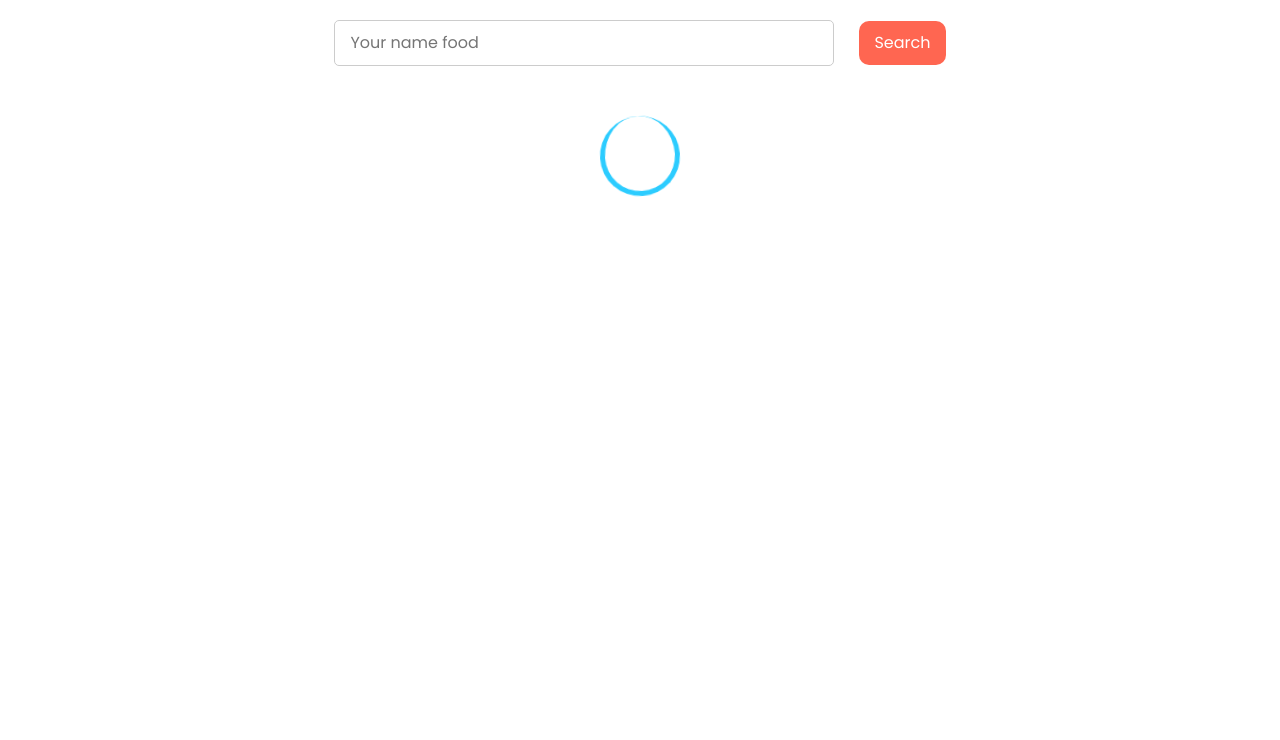
Repository: hoang0508/ReactJsDevWork
Page: /
These files come from the project's save history. The page is drawn as it stood at one moment and after the next save; the edit follows.
The browser window is 1280 px wide. The pictures show the whole page.
The page's requests for data from a server got no answer. The project was rebuilt for these pictures with package versions that can differ from the ones it lists, and the page was loaded fresh each time. No one was signed in, and anything a server would have sent is missing.

Above is the page before, as saved 2022-02-05 21:31:59.

After the next save:
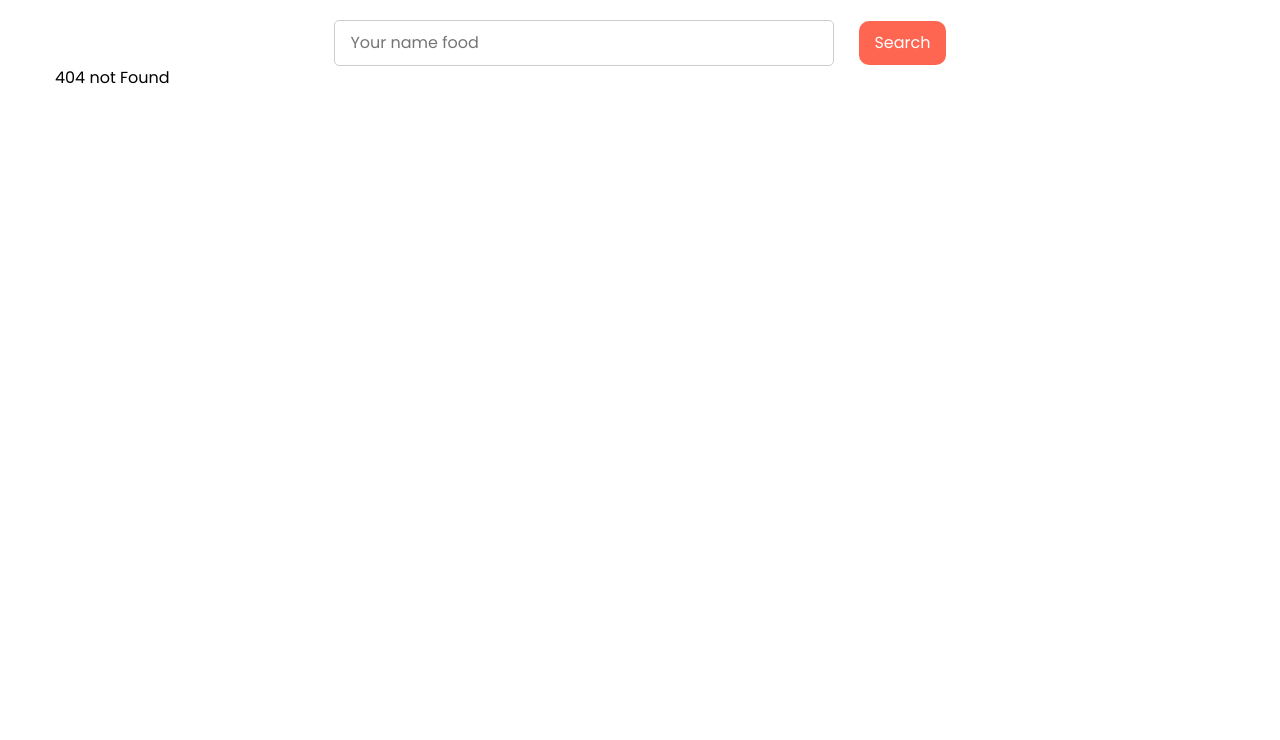
Saved 5 min 27 s later.
--- a/src/components/FoodApi/Food.js
+++ b/src/components/FoodApi/Food.js
@@ -25,7 +25,8 @@ const Food = () => {
       setFoodMeals(reponse.data?.meals);
       setLoadingFood(false);
     } catch (err) {
-      console.log(err);
+      setLoadingFood(false);
+      setNotFound(`404 ${err}`);
     }
   };
   // Fuction onChange input
@@ -63,7 +64,8 @@ const Food = () => {
         </form>
         {/* loading */}
         {loadingFood && <div className="food-loading"></div>}
-        {/* Not found Search */}
+        {/* Not found 404 */}
+        {!loadingFood && notFound && <p>404 not Found</p>}
         {/* foodlist */}
         <div className="food-list">
           {!foodMeals && <div>Không tìm thấy tên món ăn</div>}
